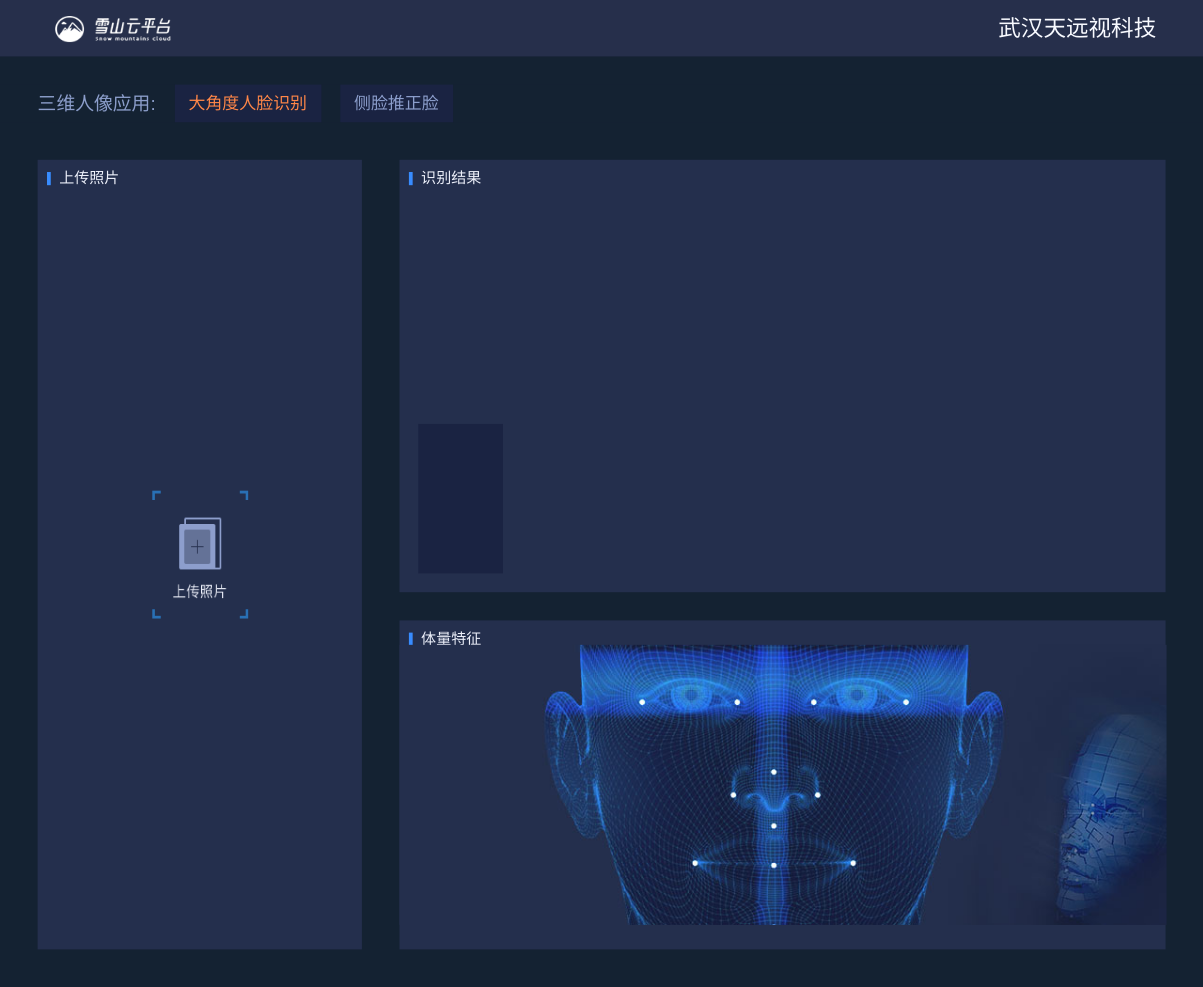
Repository: fyt2020/pubilcDemlo
Page: /
An editor plug-in stored every save of this project. The page is shown before and after the next save, followed by the edit.
The browser window is 1280 px wide. The pictures show the whole page, at 94% of full size.
The project was rebuilt for these pictures with package versions that can differ from the ones it lists, and the page was loaded fresh each time.

Above is the page before, as saved 2020-04-28 13:17:38.

### index.html
<!DOCTYPE html>
<html>
  <head>
    <meta charset="utf-8">
    <meta name="viewport" content="width=device-width,initial-scale=1.0">
    <title>pubilcdemo</title>
    <script src="./static/config.js"></script>
    <script src="./static/main.js"></script>
  </head>
  <body>
    <div id="app"></div>
    <!-- built files will be auto injected -->
  </body>
</html>

### src/main.js
// The Vue build version to load with the `import` command
// (runtime-only or standalone) has been set in webpack.base.conf with an alias.
import Vue from 'vue'
import App from './App'
import router from './router'
import '@/assets/css/reset.css'
import axios from '@/plugins/axios';

Vue.config.productionTip = false
Vue.prototype.$http = axios;
/* eslint-disable no-new */
new Vue({
  el: '#app',
  router,
  components: { App },
  template: '<App/>'
})

### src/router/index.js
import Vue from 'vue'
import Router from 'vue-router'
import Home from '@/pages/Home'

Vue.use(Router)

export default new Router({
  linkExactActiveClass: "exactActive",
  linkActivesClass: "active",
  routes: [
    {
      path: '/',
      name: 'home',
      component: Home,
      meta:{
        needTooken:false
      },
      redirect:'/bigAngle',
      children:[
        {
          path: 'bigAngle',
          name: 'bigAngle',
          component: () => import("@/pages/bigAngle"),
          meta:{
            needTooken:false
          },

        },
        {
          path: 'face',
          name: 'face',
          component: () => import("@/pages/face"),
          meta:{
            needTooken:false
          },

        }

      ]
    }
  ]
})

### src/assets/css/reset.css
@charset "UTF-8";
/**
 * @desc pc端常用reset.css
 * @author archer
 * @date 2018-08-26
 */
html,body,div,p,ul,li,dl,dt,dd,em,i,span,a,img,input,h1,h2,h3,h4,h5,nav,section,footer,header,table,tr,th,td,ul,li{margin:0;padding:0;box-sizing: border-box;}
h1,h2,h3,h4,h5,h6{font-weight:normal}
i,em,b{font-style:normal}
article,aside,details,figcaption,figure,footer,header,menu,nav,section {display: block;}
a,img,input {border:none;}
a {text-decoration:none;}
a:hover, a:active {outline: none;}
ul,li{list-style: none}
button,input,select,textarea{font-size:100%;outline:none}
table{border-collapse:collapse;border-spacing:0}
html, body {width: 100%;height: 100%;}
body{font-family:"Helvetica Neue",Helvetica, Arial,sans-serif; font-size: 14px;line-height:1}

### src/pages/Home.vue
<template>
  <div class="home">
      <div class="header">
           <div class="header__left">
                <img src="../assets/img/logo1.png" alt="" class="logo_img">
           </div>
           <div class="header__right">
                <span>武汉天远视科技</span>
           </div>
      </div>
      <div class="navigation">
            <span class="navigation__title">三维人像应用:</span>
            <router-link tag="li" :to="{name:'bigAngle'}" class="navigation__item">大角度人脸识别</router-link>
            <router-link tag="li" :to="{name:'face',params:{id:'self'}}" class="navigation__item">侧脸推正脸</router-link>
      </div>

      <div class="content">
         <router-view />
      </div>

  </div>
</template>

<script>
export default {
  data() {
    return {};
  },
  computed: {},
  created() {

  },
  mounted() {

  },
  methods: {

  },
  components: {}
};
</script>

<style lang="scss" scoped>
@import "@/assets/css/home.scss";
</style>

### src/pages/bigAngle.vue
<template>
  <div class="bigAngle">
    <div class="bigAngle__left">
      <div class="left__top">
        <div class="titleW" v-if="btnKey">
          <span class="titleW__one"></span>
          <span class="titleW__w">上传照片</span>
        </div>
        <img :src="uploadImgUrl" alt class="uploadImg" v-if="uploadImgUrl" />
        <img
          src="../assets/img/delete.png"
          alt
          class="delete__img"
          v-show="closeKey"
          @click="close"
        />
        <button class="btn" @click="uploadFile2" v-if="btnKey">
          <img src="../assets/img/midle.png" alt class="btn__bg" />
          <form
            name="fileList"
            id="fileList"
            action="uploadURL"
            method="POST"
            enctype="multipart/form-data"
            class="file"
          >
            <input
              type="file"
              hidden
              @change="beforeUploadFile2($event)"
              id="upload_file2"
              class="file-inp"
            />
          </form>
        </button>
      </div>
    </div>
    <div class="bigAngle__right">
      <div class="right__top">
        <div class="titleW" v-if="btnKey">
          <span class="titleW__one"></span>
          <span class="titleW__w">识别结果</span>
        </div>

        <div class="recg__box">
          <img :src="angleImg[0].src" alt class="recg__item" />
        </div>
        <div id="WebGL-output"></div>
        <ul class="info__box" v-if="infoObj.collectNo">
          <li class="info__item">
            <span class="info__iteml">姓名:</span>
            <span class="info__itemr">{{infoObj.username}}</span>
          </li>
          <li class="info__item">
            <span class="info__iteml">性别:</span>
            <span class="info__itemr">{{infoObj.sex}}</span>
          </li>
          <li class="info__item">
            <span class="info__iteml">采集编号:</span>
            <span class="info__itemr">{{infoObj.collectNo}}</span>
          </li>

          <li class="info__item">
            <span class="info__iteml">证件号:</span>
            <span class="info__itemr">{{infoObj.idNo}}</span>
          </li>
          <li class="info__item">
            <span class="info__iteml">采集时间:</span>
            <span class="info__itemr">{{infoObj.time}}</span>
          </li>
        </ul>
      </div>
      <div class="right__bottom">
        <div class="titleW" v-if="btnKey">
          <span class="titleW__one"></span>
          <span class="titleW__w">体量特征</span>
        </div>
        <img src="../assets/img/char.jpg" alt class="char" />
        <ul class="tl__box" v-if="charData.length>0">
          <li class="tl__item" v-for="item in charData" :key="item.value">
            <span class="tl__iteml same">{{item.title}}</span>
            <span class="tl__itemr same">{{Number(item.value).toFixed(2)}}</span>
          </li>
        </ul>
      </div>
    </div>
  </div>
</template>

<script>
import axios from "axios";
export default {
  props: {},
  data() {
    return {
      btnKey: true,
      uploadImgUrl: "",
      closeKey: false,
      camera: null,
      renderer: null,
      boxHelper: null,
      animationId: null,
      modelObj: null,
      scene: null,
      infoObj: {
        collectNo: "",
        sex: "",
        time: "",
        idNo: ""
      },
      charData: [],
      angleImg: [
        {
          id: Math.floor(Math.random * 100),
          src: ``
        }
      ],

      source: 0
    };
  },
  computed: {},
  created() {},
  mounted() {},
  watch: {},
  methods: {
    close() {
      $("#WebGL-output").empty();
      this.uploadImgUrl = "";
      this.closeKey = false;
      this.btnKey = true;
      this.angleImg = [
        {
          id: Math.floor(Math.random * 100),
          src: ``
        }
      ];
      this.charData = [];
      (this.infoObj = {
        collectNo: "",
        sex: "",
        time: "",
        idNo: ""
      }),
        this.removeEntity(this.modelObj);
    },
    uploadFile2() {
      let file = document.getElementById("upload_file2");
      file.click();
    },
    beforeUploadFile2(e) {
      let VM = this;
      let files = e.target.files[0];
      let nameArr = e.target.files[0].name.split(".");
      let len = nameArr.length;
      let startName = e.target.files[0].name.split(".")[0];
      let endName = nameArr[len - 1];
      if (
        endName != "jpg" &&
        endName != "png" &&
        endName != "jpeg" &&
        endName != "JPG" &&
        endName != "PNG" &&
        endName != "JPEG"
      ) {
        VM.$Message.error(`上传图片格式不是jpg或png!`);
        return;
      }
      if (!files) {
        return;
      }
      this.btnKey = false;
      this.closeKey = true;
      let reader = new FileReader();
      reader.onloadend = function() {
        VM.uploadImgUrl = reader.result;
      };
      reader.readAsDataURL(files);
      this.angleImg = [
        {
          id: Math.floor(Math.random * 100),
          src: `../../static/data/${startName}/${startName}_angle.jpg`
        }
      ];
      this.INIT($(".right__top").width(), $(".right__top").height(), startName);
      this.getInfo(startName);
    },

    INIT(width, height, name) {
      let VM = this;
      //场景构建
      VM.scene = new THREE.Scene();
      //相机构建
      VM.camera = new THREE.PerspectiveCamera(45, width / height, 0.1, 2000); //四个参数 视场角 方向 最近距 最远距  fov对应着图中的视角，是上下两面的夹角。aspect是近平面的宽高比。
      // camera.lookAt( new THREE.Vector3(0, 0, 0));
      //渲染器构建
      VM.renderer = new THREE.WebGLRenderer({
        antialias: true
      });

      //设置背景颜色
      VM.renderer.setClearColor(0x1a2342);
      //三个参数 width height updateStyle第三个选填
      VM.renderer.setSize(width, height);
      //激活阴影
      VM.renderer.shadowMapEnabled = true;
      //添加材质灯光阴影
      var ambiColor = "ffffff";
      var ambientLight = new THREE.AmbientLight(ambiColor);
      VM.scene.add(ambientLight);

      //添加坐标系
      // var axes = new THREE.AxisHelper(100);
      // scene.add(axes);

      //添加网格
      // var helper = new THREE.GridHelper( 1000, 50 ,0x0000ff, 0xff8080);
      // scene.add(helper);
      VM.boxHelper = new THREE.BoxHelper();

      var controls = new THREE.OrbitControls(VM.camera, VM.renderer.domElement);
      //controls.target = new THREE.Vector3(0, 0, 0);
      // 使动画循环使用时阻尼或自转 意思是否有惯性
      controls.enableDamping = true;
      //动态阻尼系数 就是鼠标拖拽旋转灵敏度
      controls.dampingFactor = 0.25;
      //是否可以缩放
      controls.enableZoom = true;
      //是否自动旋转
      controls.autoRotate = false;
      //设置相机距离原点的最近距离
      //controls.minDistance = 200;
      //设置相机距离原点的最远距离
      //controls.maxDistance = 600;
      //是否开启右键拖拽
      controls.enablePan = true;
      //上下旋转范围
      controls.minPolarAngle = 0;
      controls.maxPolarAngle = Math.PI * (90 / 180);
      //左右旋转范围
      controls.minAzimuthAngle = -Math.PI * (60 / 180);
      controls.maxAzimuthAngle = Math.PI * (60 / 180);

      controls.panSpeed = 0.2;
      controls.rotateSpeed = 0.1;
      //模型
      var onProgress = function(xhr) {
        // if (xhr.lengthComputable) {
        //   //可计算的长度
        //   var percentCompvare = (xhr.loaded / xhr.total) * 100; //加载程度百分比
        //   var elem = document.getElementById("myBar");
        //   var width = parseInt(percentCompvare);
        //   elem.style.width = width + "%";
        //   $(".loading").text("正在下载:" + parseInt(percentCompvare) + "%");
        // }
      };
      var onError = function(xhr) {
        // $(".loading")
        //   .show()
        //   .text("下载失败");
        return;
      };

      var modelPath = `../../static/data/${name}`;
      var objLoader = new THREE.OBJLoader2();
      var callbackOnLoad = function(event) {
        VM.modelObj = event.detail.loaderRootNode;
        VM.modelObj.name = `${name}`;
        VM.modelObj.scale.set(1.9, 1.9, 1.9);
        VM.modelObj.children[0].geometry.computeBoundingBox();
        VM.modelObj.rotation.x = THREE.Math.degToRad(-88);
        VM.modelObj.children[0].geometry.center();
        VM.boxHelper.setFromObject(VM.modelObj);
        let center = VM.boxHelper.geometry.boundingSphere.center;
        let radius = VM.boxHelper.geometry.boundingSphere.radius;
        let cameraPos = new THREE.Vector3(
          center.x + VM.modelObj.position.x,
          center.y + VM.modelObj.position.y,
          radius * 2.2 + center.z + VM.modelObj.position.z
        );
        let lookPos = new THREE.Vector3(
          center.x + VM.modelObj.position.x,
          center.y + VM.modelObj.position.y,
          center.z + VM.modelObj.position.z
        );
        VM.camera.position.copy(cameraPos);
        controls.target = lookPos;
        VM.camera.lookAt(lookPos);
        VM.scene.add(VM.modelObj);
      };
      let typeObj = VM.source == "1" ? "textured" : "cut";
      objLoader.loadMtl(modelPath + `/${typeObj}_mesh.mtl`, null, function(
        materialCreator
      ) {
        materialCreator[`${typeObj}_mesh`].opacity = 1; // new THREE.Color(1,1,1)
        objLoader.setMaterials(materialCreator);
        objLoader.setLogging(true, true);
        objLoader.load(
          modelPath + `/${typeObj}_mesh.obj`,
          callbackOnLoad,
          onProgress,
          onError,
          null,
          false
        );
      });
      VM.camera.lookAt(VM.scene.position);
      //在页面上添加渲染器，dom元素
      $("#WebGL-output").append(VM.renderer.domElement);
      renderScene();
      VM.getModelTxt(name);
      function renderScene() {
        var clock = new THREE.Clock();
        var delta = clock.getDelta(); //三角点
        controls.update();
        VM.camera.updateProjectionMatrix();
        VM.animationId = requestAnimationFrame(renderScene); //请求动画框架
        VM.renderer.render(VM.scene, VM.camera);
      }
    },
    getModelTxt(name) {
      let VM = this;
      let id = new Date().getTime();
      let params = {
        headers: {
          "Content-Type": "text/plain;charset=utf-8"
        },
        responseType: "text/json",
        inCharset: "utf-8",
        outCharset: "utf-8",
        timeout: 30000,
        random: id
      };
      axios
        .get(`../../static/data/${name}/face_points_distance.txt`)
        .then(function(res) {
          let newData = res.data.split("\r\n");
          let len = newData.length;
          for (var i = 0; i < len; i++) {
            if (newData[i]) {
              let obj = {};
              let k = newData[i].split(":")[0];
              let v = newData[i].split(":")[1];
              obj["title"] = k;
              obj["value"] = v;
              VM.charData.push(obj);
            }

            console.log(VM.charData);
          }
        })
        .catch(function(error) {
          console.log(error);
        });
    },
    getInfo(name) {
      let VM = this;
      this.$http.api
        .get(`../../static/data/${name}/${name}.json`)
        .then(function(res) {
          if (res.data.code === 0) {
            let data = res.data.result;
            VM.infoObj = data;
          }
        })
        .catch(function(error) {
          console.log(error);
        });
    },
    //移除模型
    removeEntity(object) {
      let selectedObject = this.scene.getObjectByName(object.name);
      // console.log('renderer.renderLists',this.renderer.renderLists)
      selectedObject.traverse(function(item) {
        if (item instanceof THREE.Mesh) {
          item.geometry.dispose(); //删除几何体
          //item.material.dispose(); //删除材质
          if (Array.isArray(item.material)) {
            item.material.forEach(function(i) {
              i.dispose(); //删除材质
            });
          } else {
            item.material.dispose();
          }
        }
      });
      this.scene.remove(selectedObject);
      this.renderer.dispose();
      this.renderer.clear();
      this.renderer.renderLists.dispose();
      this.modelObj = null;
      THREE.Cache.clear();
    }
  },
  beforeDestroy() {
    this.removeEntity(this.modelObj);
  },
  components: {}
};
</script>

<style scoped lang="scss">
@import "@/assets/css/bigAngle.scss";
</style>

### src/assets/css/home.scss

@import "@/assets/css/func.scss";
.home{
    font-size: 20px;
    width: 100vw;
    height: 100vh;
    background-color: #142232;
    .header{
        width: 100%;
        height: 60px;
        background-color: #262f4b;
        display: flex;
        align-items: center;
        color:  #f8faff;;
        justify-content: space-between;
        padding: 0 50px;
        font-size: 24px;
        .header__left{
            height: 100%;
            display: flex;
            align-items: center;
            .logo_img{
                width: 141px;
                height: 35px;
            }
        }
        .header__right{
            height: 100%;
            display: flex;
            align-items: center;
        }
    }
    .navigation{
        width: 100%;
        height: 40px;
        display: flex;
        align-items: center;
        box-sizing: border-box;
        background-color: #142232;
        color:  #8c9ecb;
        padding: 0 40px;
        margin-top: 30px;
        .navigation__title{
            margin-right: 20px;
        }
        &__item{
            height: 40px;
            line-height: 40px;
            box-sizing: border-box;
            padding: 0 15px;
            margin-right: 20px;
            font-size: 18px;
            color: #8c9ecc;
            background-color:  #1a2342;
        }
        &__item.exactActive{
             display: flex;
             color: #ff8748;
            //  background: url('#{$img}/qhbtn.png') no-repeat center;
             background-size: 100% 100%;

        }
    }
    .content{
        width: 100%;
        padding: 40px;
        background-color: #142232;
    }
}

### src/assets/css/func.scss
// @function px2Rem($px, $base-font-size: 19.2px) {
//     @if (unitless($px)) { //有无单位
//       @return ($px / 19.2) * 1rem;
//     } @else if (unit($px) == em) {
//       @return $px;
//     }
//     @return ($px / $base-font-size) * 1rem;
// }

$img:"../../assets/img";

### src/assets/css/bigAngle.scss
.bigAngle{
     display: flex;
     width: 100%;
     height: 100%;
     .titleW{
        position: absolute;
        height: 20px;
        line-height: 20px;
        left: 10px;
        top:10px;
        display: flex;
        align-items: center;
        color:  #edf0fa;
        font-size: 16px;
        .titleW__one{

           width: 4px;
           height: 14px;
           margin-right: 9px;
           background-color: #388cff;
        }
    }
     .bigAngle__left{
        width: 994px;
        height: 840px;
        margin-right: 40px;
        display: flex;
        flex-direction: column;
        background-color: #242f4d;
        .left__top{
             width: 100%;
             height: 100%;
            //  margin-bottom: 20px;
             display: flex;
             align-items: center;
             justify-content: center;
             position: relative;
             .uploadImg{
                height: 100%;
             }

             .delete__img{
                position: absolute;
                width: 36px;
                height: 36px;
                right: 20px;
                top:20px;
                transition: all 0.1 linear;
                z-index: 2100;
                cursor: pointer;
             }
             .btn{
                 position: absolute;
                 outline: none;
                 position: relative;
                 border: none;
                 background: transparent;
                //  border-style: solid;
                //  border-width: 2px;
                //  border-image-source: linear-gradient(0deg,#1a5fff 0%, #5f8ffd 100%);
                //  border-image-slice: 1;
                 width: 114px;
                 height: 138px;
                //  line-height: 30px;
                //  color: #1a5fff;
                //  border-radius: 6px;
                 z-index: 9999;
                 cursor: pointer;
                 .btn__bg{
                     width: 100%;
                     height: 100%;
                 }
             }
        }
        .left__bottom{
            width: 100%;
            height: 15%;
            border: 1px solid black;
            .left__bottom{

            }

        }
     }
     .bigAngle__right{
        width: 816px;
        height: 840px;


        .right__top{

            width: 100%;
            height: 460px;
            position: relative;
            margin-bottom: 30px;
            background-color: #242f4d;

            .recg__box{

                display: flex;
                position: absolute;
                width: 90px;
                left: 20px;
                bottom: 20px;
                background-color: #1a2342;;
                height: 159px;
                align-items: center;
                justify-content: flex-start;
                .recg__item{
                    height: 100%;
                }
            }
            #WebGL-output{
                width: 815px;
                height: 460px;
            }
            .info__box{
                position: absolute;
                right: 20px;
                bottom: 20px;
                width: 238px;
                height: 158px;

                background-color: #1a2342;
                padding: 15px;
                display: flex;
                flex-direction: column;
                justify-content: space-around;
                align-content: space-around;
                font-size: 14px;
                color: #edf0fa;

            }
        }
        .right__bottom{


            background-color: #242f4d;
            width: 100%;
            height: 350px;
            position: relative;
            .char{
                position: absolute;
                width: 816px;
                height: 298px;
                left: 50%;
                top: 50%;
                z-index: 1;
                transform: translate(-50%,-50%);

            }
            .tl__box{
                display: flex;
                position: absolute;
                z-index: 10;
                width: 100%;
                height: 100%;


                .tl__item{
                    display: flex;
                    align-items: center;
                    position: absolute;
                    font-size: 15px;
                    color: #edf0fa;

                    &:nth-of-type(1){
                        left: 44%;
                        top:17%
                    }
                    &:nth-of-type(2){
                        left: 33%;
                        top:28%
                    }
                    &:nth-of-type(3){

                        left: 44%;
                        top:39%
                    }
                    &:nth-of-type(4){

                        left: 44%;
                        top:48%
                    }
                    &:nth-of-type(5){

                        left: 44%;
                        top:56%
                    }
                    &:nth-of-type(6){

                        left: 44%;
                        top:66%
                    }
                    &:nth-of-type(7){

                        left: 44%;
                        top:77%
                    }
                    &:nth-of-type(8){

                        left: 44%;
                        top:84%
                    }





                }
            }


        }

     }
}

### static/config.js
window.BASEURL = {
     type:'id',

     imgUrl__collectNo:'srlp1576136811447'
};

Loaded but not shown: src/App.vue (common file); src/plugins/axios.js (library)

After the next save:
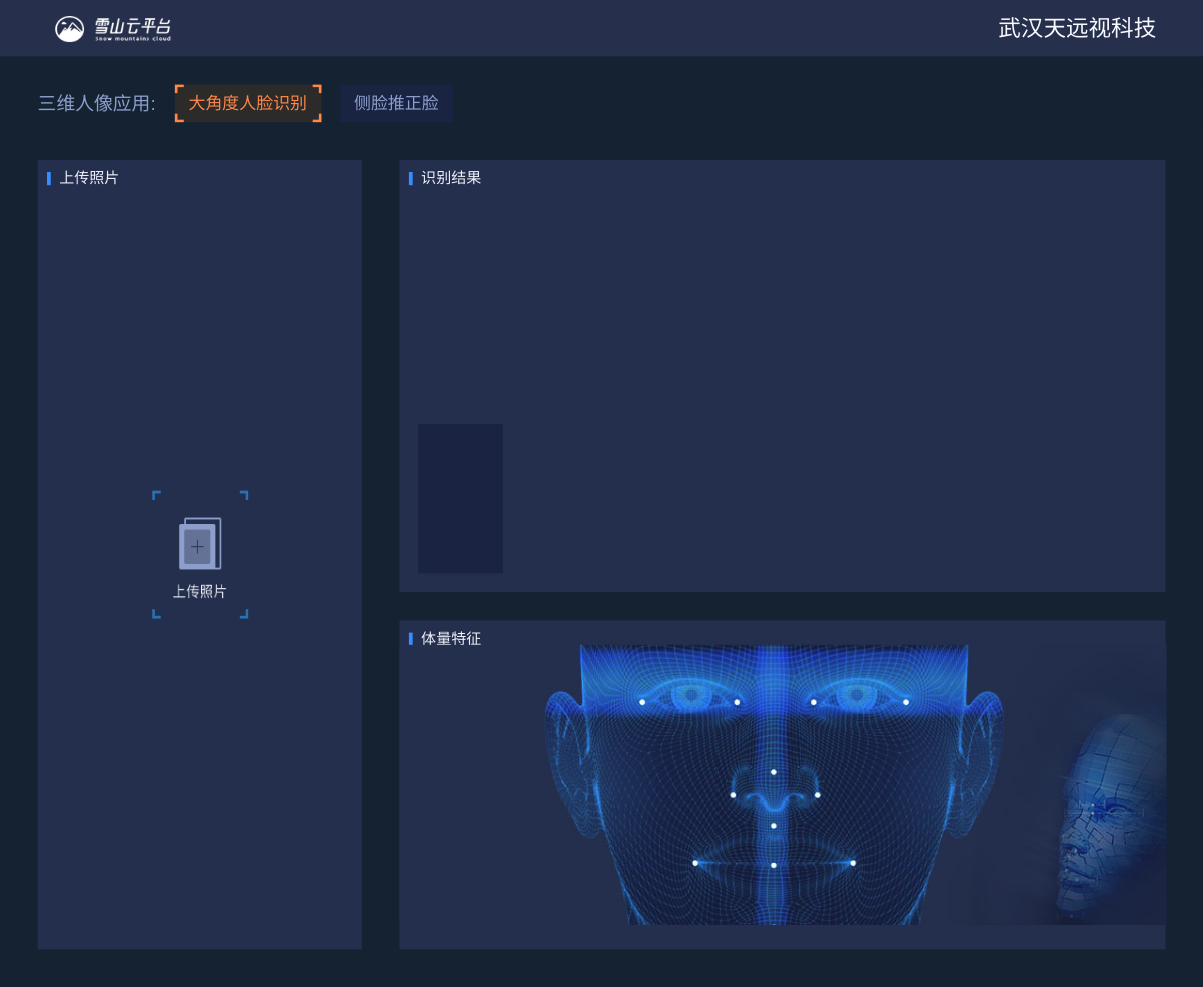
Saved 20 min 32 s later.
--- a/src/assets/css/home.scss
+++ b/src/assets/css/home.scss
@@ -56,7 +56,7 @@
         &__item.exactActive{
              display: flex;
              color: #ff8748;
-            //  background: url('#{$img}/qhbtn.png') no-repeat center;
+             background: url('#{$img}/qhbtn.png') no-repeat center;
              background-size: 100% 100%;
 
         }
